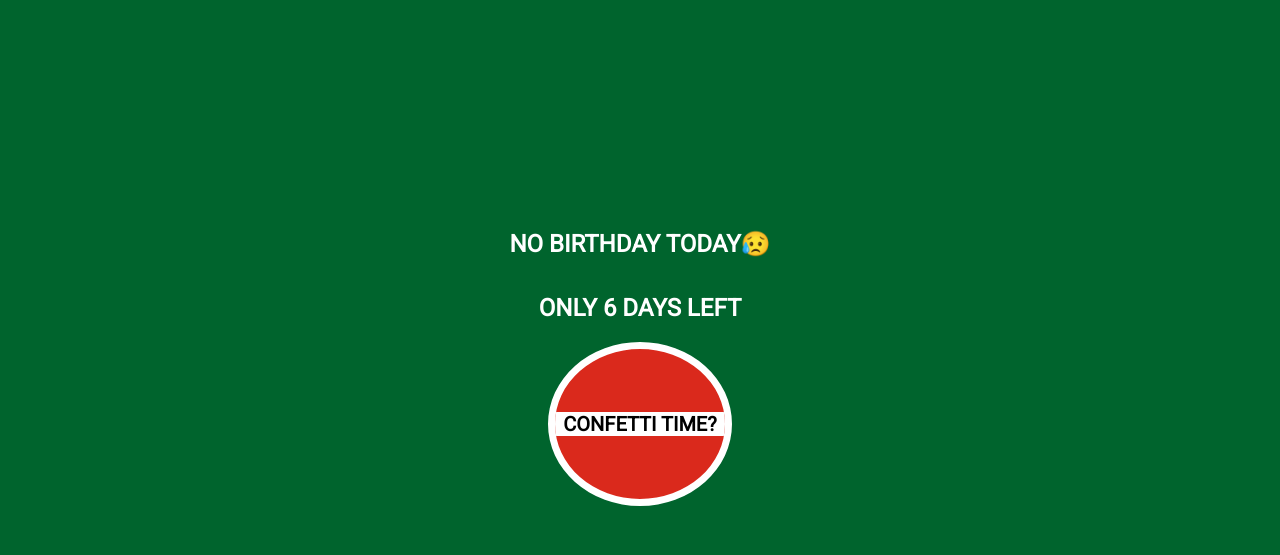
Repository: David-Waite/HannahsBirthdayWebsite
Page: /
These files come from the project's save history. The page is drawn as it stood at one moment and after the next save; the edit follows.
The browser window is 1280 px wide. The pictures show the whole page.
The project was rebuilt for these pictures with package versions that can differ from the ones it lists, and the page was loaded fresh each time.

Above is the page before, as saved 2023-03-31 10:24:16.

After the next save:
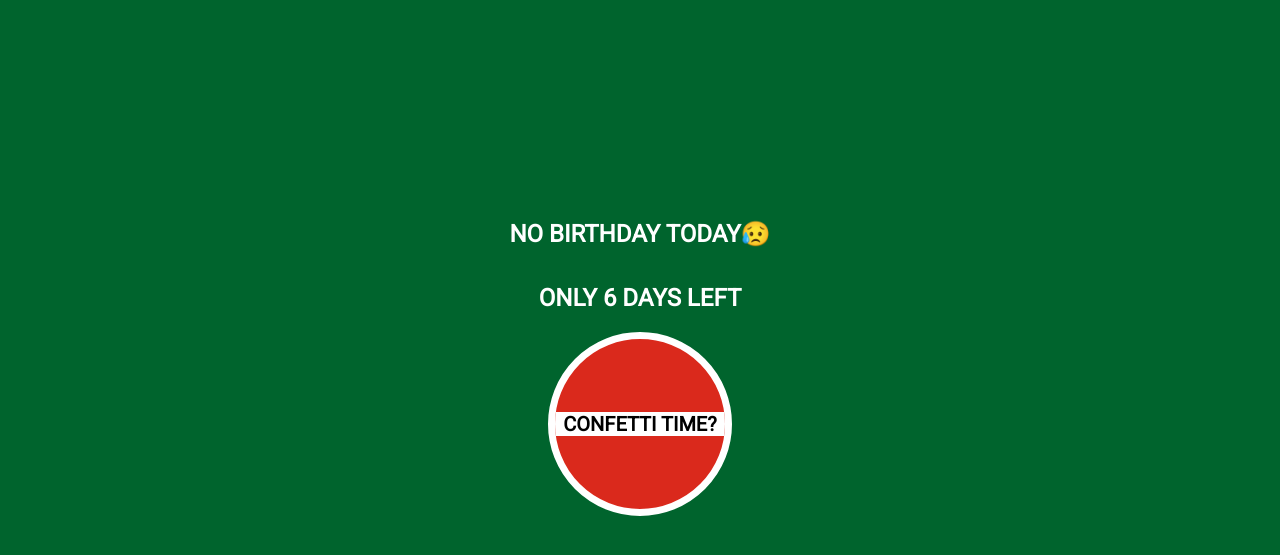
Saved 5 s later.
--- a/src/index.css
+++ b/src/index.css
@@ -23,7 +23,7 @@ h1 {
   display: flex;
   align-items: center;
   justify-content: center;
-  height: 150px;
+  height: 170px;
   width: 170px;
   overflow: hidden;
   background-color: #da291c;
